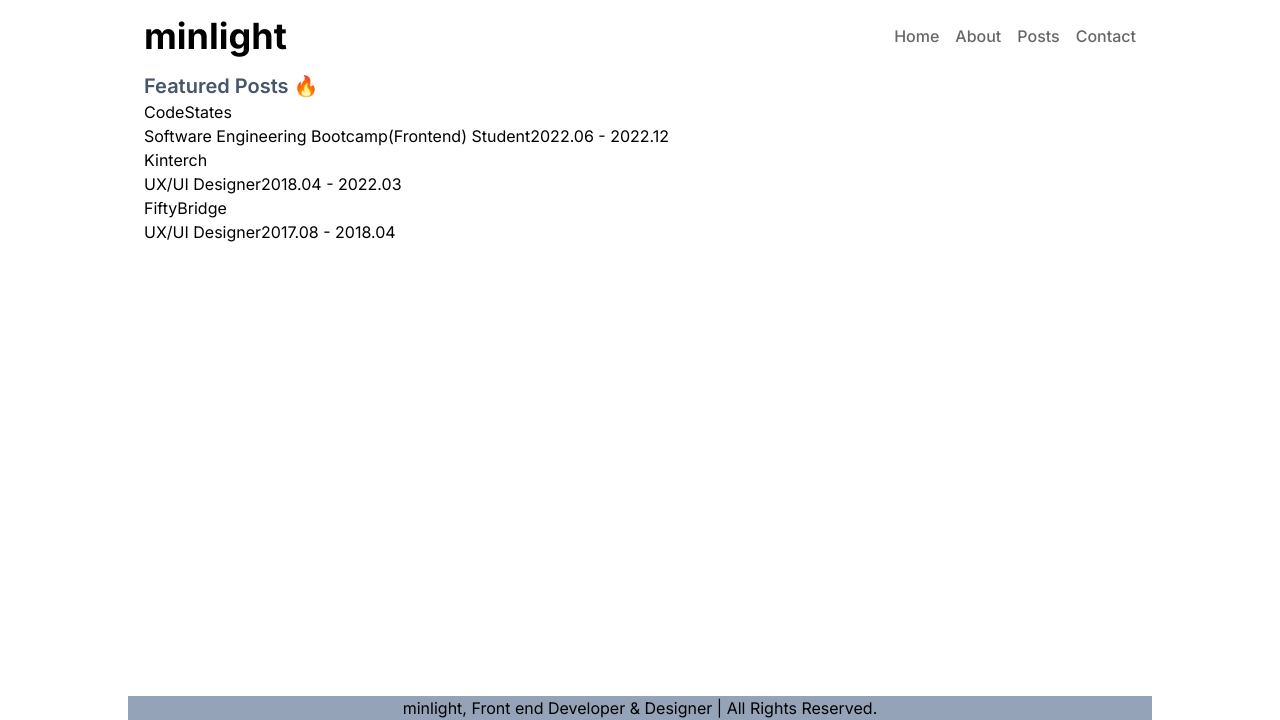
Repository: kwngmin/minlight-blog
Page: /about
These files come from the project's save history. The page is drawn as it stood at one moment and after the next save; the edit follows.
The browser window is 1280 px wide. The pictures show the whole page.
The project was rebuilt for these pictures with package versions that can differ from the ones it lists, and the page was loaded fresh each time. The framework's server and built-in components were replaced by stand-ins that run in the browser. Also part of the build but not shown: next.config.js.

Above is the page before, as saved 2023-03-31 23:55:04.

After the next save:
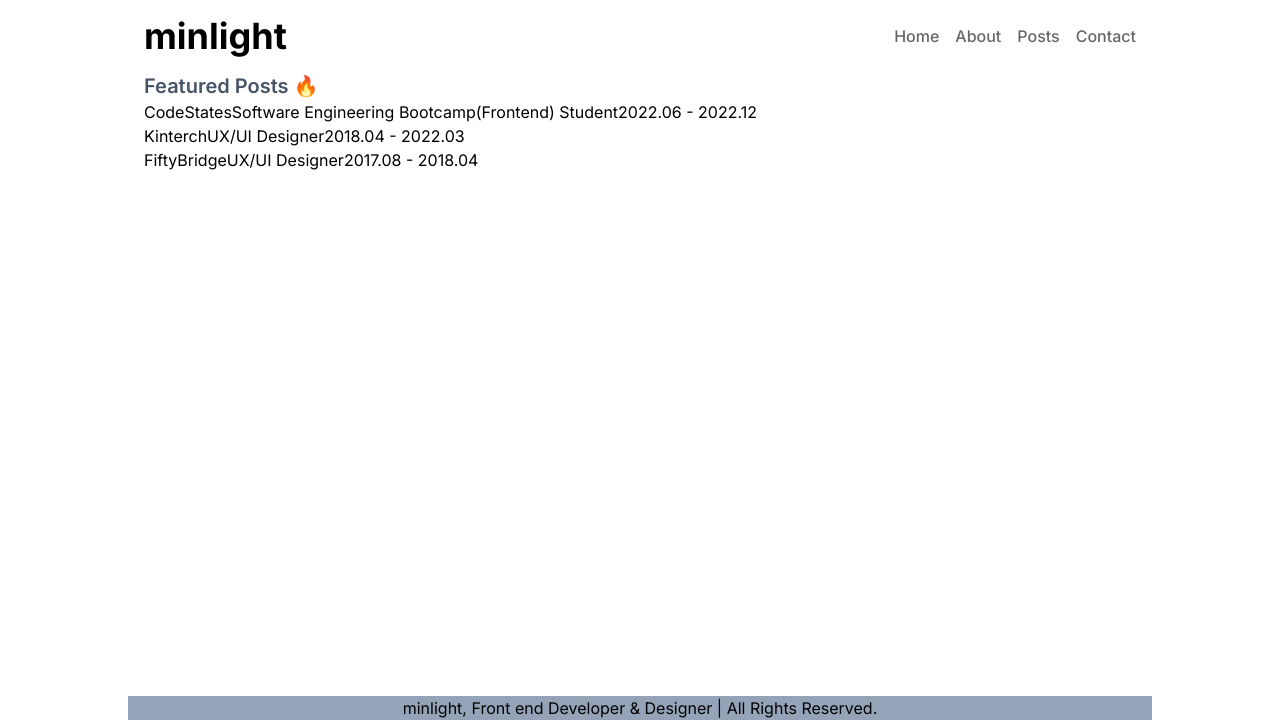
Saved 50 s later.
--- a/src/app/about/page.tsx
+++ b/src/app/about/page.tsx
@@ -23,7 +23,7 @@ export default function AboutPage() {
       </h2>
       <ul>
         {careerData.map(({ company, role, period }) => (
-          <li key={company}>
+          <li key={company} className="flex">
             <h3>{company}</h3>
             <p>
               {role}
